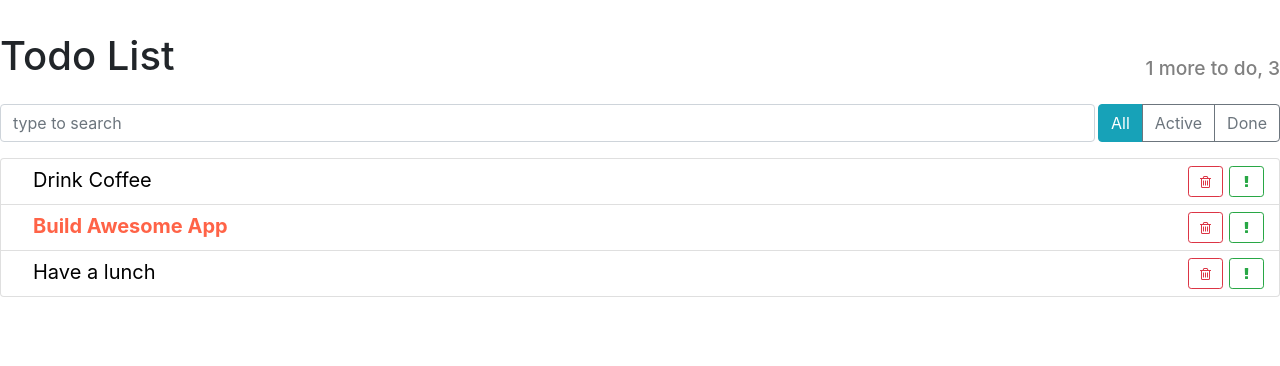
Repository: max535/react-todo-list
Page: /
An editor plug-in stored every save of this project. The page is shown before and after the next save, followed by the edit.
The browser window is 1280 px wide. The pictures show the whole page.
The project was rebuilt for these pictures with package versions that can differ from the ones it lists, and the page was loaded fresh each time.

Above is the page before, as saved 2022-01-16 22:59:11.

### public/index.html
<!DOCTYPE html>
<html>
  <head>
    <meta charset="utf-8" />
    <meta
        name="viewport"
        content="width=device-width, initial-scale=1">
    <link rel="stylesheet"
          href="https://stackpath.bootstrapcdn.com/font-awesome/4.7.0/css/font-awesome.min.css">
    <link rel="stylesheet"
          href="https://stackpath.bootstrapcdn.com/bootstrap/4.1.3/css/bootstrap.min.css">
    <title>Todo App</title>
  </head>
  <body>
      <div id="root"></div>
  </body>
</html>

### src/index.js
import React from 'react';
import ReactDOM from 'react-dom';

import { App } from './components/App';

ReactDOM.render(<App />, document.getElementById('root'));

### src/components/App/index.jsx
import React from 'react';

import { AppHeader } from '../AppHeader';
import { SearchPanel } from '../SearchPanel';
import { TodoList } from '../TodoList';
import { ItemStatusFilter } from '../ItemStatusFilter/index.jsx';

import './App.css';

export class App extends React.Component {
    state = {
        todoData: [
            {label: 'Drink Coffee', important: false, id: 1},
            {label: 'Build Awesome App', important: true, id: 2},
            {label: 'Have a lunch', impportant: false, id: 3},
        ],
    };

    deleteItem = (id) => {
        this.setState(({todoData}) => {
            const idx = todoData.findIndex((el) => el.id === id);

            const newArray = [
                ...todoData.slice(0, idx),
                ...todoData.slice(idx + 1),
            ];

            return {
                todoData: newArray,
            };
        });
    };


    render() {
        return (
            <div className="todo-app">
                <AppHeader toDo={1} done={3} />
                <div className="top-panel d-flex">
                    <SearchPanel />
                    <ItemStatusFilter />
                </div>
                <TodoList
                    todos={this.state.todoData}
                    onDeleted={this.deleteItem}
                />
            </div>
        );
    }
}

// export const App = () => {

//     const todoData = [
//         {label: 'Drink Coffee', important: false, id: 1},
//         {label: 'Build Awesome App', important: true, id: 2},
//         {label: 'Have a lunch', impportant: false, id: 3},
//     ];

//     return (
//         <div className="todo-app">
//             <AppHeader toDo={1} done={3} />
//             <div className="top-panel d-flex">
//                 <SearchPanel />
//                 <ItemStatusFilter />
//             </div>
//             <TodoList
//                 todos={todoData}
//                 onDeleted={(id) => console.log('Del', id)}
//             />
//         </div>
//     );
// };

### src/components/AppHeader.jsx
import React from 'react';

import './AppHeader.css';

export const AppHeader = ({toDo, done}) => {
    return (
        <div className="app-header d-flex">
            <h1>Todo List</h1>
            <h2>{toDo} more to do, {done}</h2>
        </div>
    );
};

### src/components/SearchPanel.jsx
import React from 'react';

import './SearchPanel.css';

export const SearchPanel = () => {
    return (
        <input
            type="text"
            className="form-control search-input"
            placeholder="type to search"
        />
    );
}

### src/components/TodoList.jsx
import React from 'react';

import { TodoListItem } from './TodoListItem';

import './TodoList.css';

export const TodoList = ({todos}) => {

    const elements = todos.map((item) => {
        const {id, ...itemProps} = item;

        return (
            <li key={id} className="list-group-item">
                <TodoListItem {...itemProps} />
            </li>
        );
    });

    return (
        <ul className="list-group todo-list">
            {elements}
        </ul>
    );
};

### src/components/ItemStatusFilter/index.jsx
import React from 'react';

import './ItemStatusFilter.css';

export class ItemStatusFilter extends React.Component {

    render() {
        return (
            <div className="btn-group">
                <button type="button"
                        className="btn btn-info">All</button>
                <button type="button"
                        className="btn btn-outline-secondary">Active</button>
                <button type="button"
                        className="btn btn-outline-secondary">Done</button>
            </div>
        );
    }
}

// export const ItemStatusFilter = () => {
//     return (
//         <div className="btn-group">
//             <button type="button"
//                     className="btn btn-info">All</button>
//             <button type="button"
//                     className="btn btn-outline-secondary">Active</button>
//             <button type="button"
//                     className="btn btn-outline-secondary">Done</button>
//         </div>
//     );
// };

### src/components/App/App.css
.todo-app {
    margin: 2rem auto 0 auto;
    /* max-width: 400px; */
}

.top-panel {
    margin: 1rem 0;
}

### src/components/SearchPanel.css
.search-input {
    width: auto;
    flex-grow: 1;
    margin-right: 3px;
}

### src/components/TodoListItem.jsx
import React from 'react';

import './TodoListItem.css';

export const TodoListItem = ({label, important = false}) => {

    const style = {
        color: important ? 'tomato' : 'black',
        fontWeight: important ? 'bold' : 'normal'
    };

    return (
        <span className="todo-list-item">
            <span
                className="todo-list-item-label"
                style={style}
            >
                {label}
            </span>

            <button
                type="button"
                className="btn btn-outline-success btn-sm float-right"
            >
                <i className="fa fa-exclamation" />
            </button>

            <button
                type="button"
                className="btn btn-outline-danger btn-sm float-right"
            >
                <i className="fa fa-trash-o" />
            </button>
        </span>
    );
};

### src/components/ItemAddForm/index.jsx
import React from 'react';

export const ItemAddForm = () => {
    return (
        <button>
            Add Item
        </button>
    );
};

Loaded but not shown: src/components/AppHeader.css (common file); src/components/TodoList.css (common file); src/components/TodoListItem.css (common file); src/components/ItemStatusFilter/ItemStatusFilter.css (no stored copy; drawn as an empty file)

After the next save:
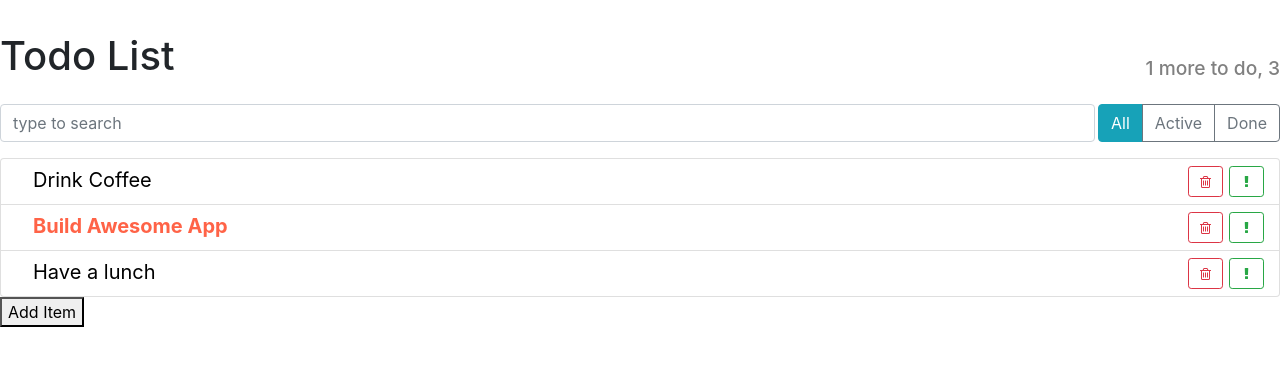
Saved 21 s later.
--- a/src/components/App/index.jsx
+++ b/src/components/App/index.jsx
@@ -6,6 +6,7 @@ import { TodoList } from '../TodoList';
 import { ItemStatusFilter } from '../ItemStatusFilter/index.jsx';
 
 import './App.css';
+import { ItemAddForm } from '../ItemAddForm';
 
 export class App extends React.Component {
     state = {
@@ -44,6 +45,7 @@ export class App extends React.Component {
                     todos={this.state.todoData}
                     onDeleted={this.deleteItem}
                 />
+                <ItemAddForm />
             </div>
         );
     }
